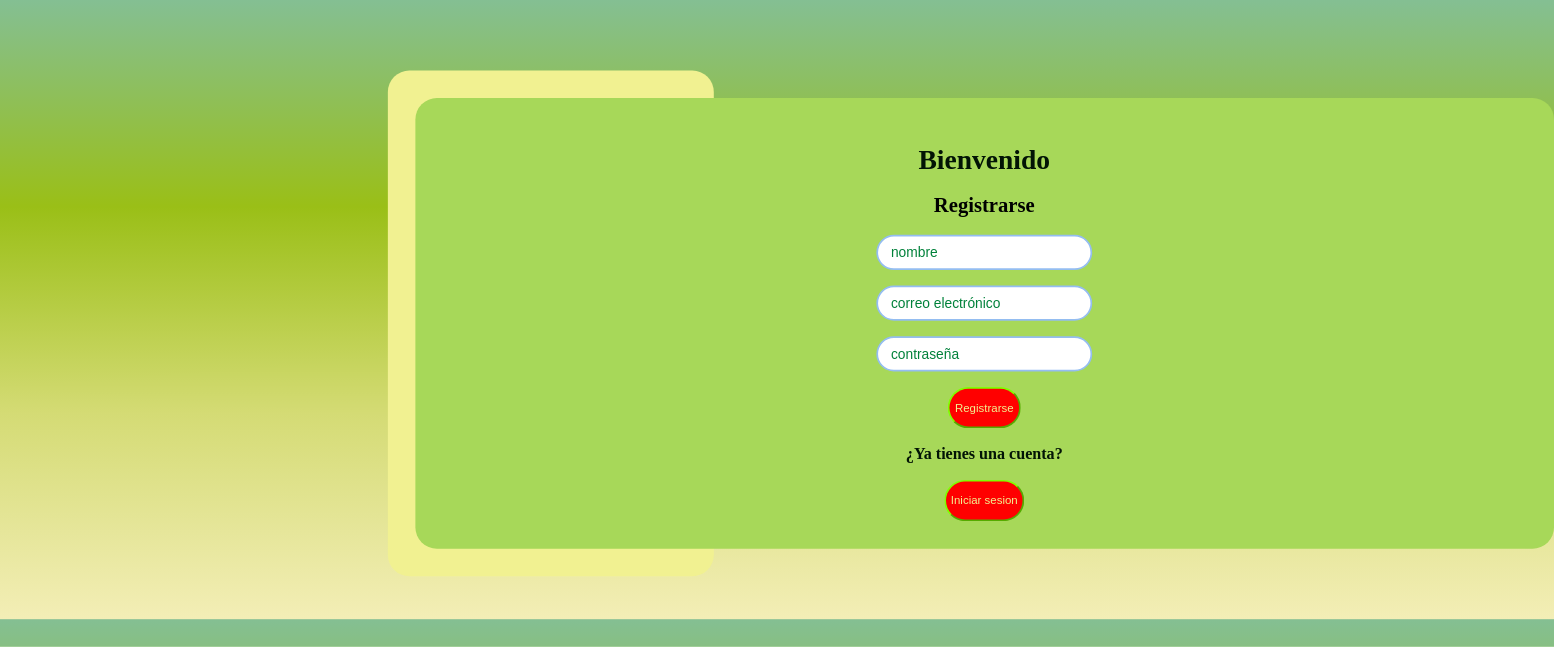
Repository: carrascokarencb37-afk/Nuura
Page: html/registrarse.html
An editor plug-in stored every save of this project. The page is shown before and after the next save, followed by the edit.
The browser window is 1280 px wide. The page is 1807 px wide, then 1280 px, so the pictures cover 1807 px, including what lies to the right of the window. The pictures show the whole page, at 86% of full size.
Some icons come from a web library that is not loaded, so they are not drawn. Backgrounds fixed to the window are drawn as part of the page.

Above is the page before, as saved 2026-05-28 22:49:22.

After the next save:
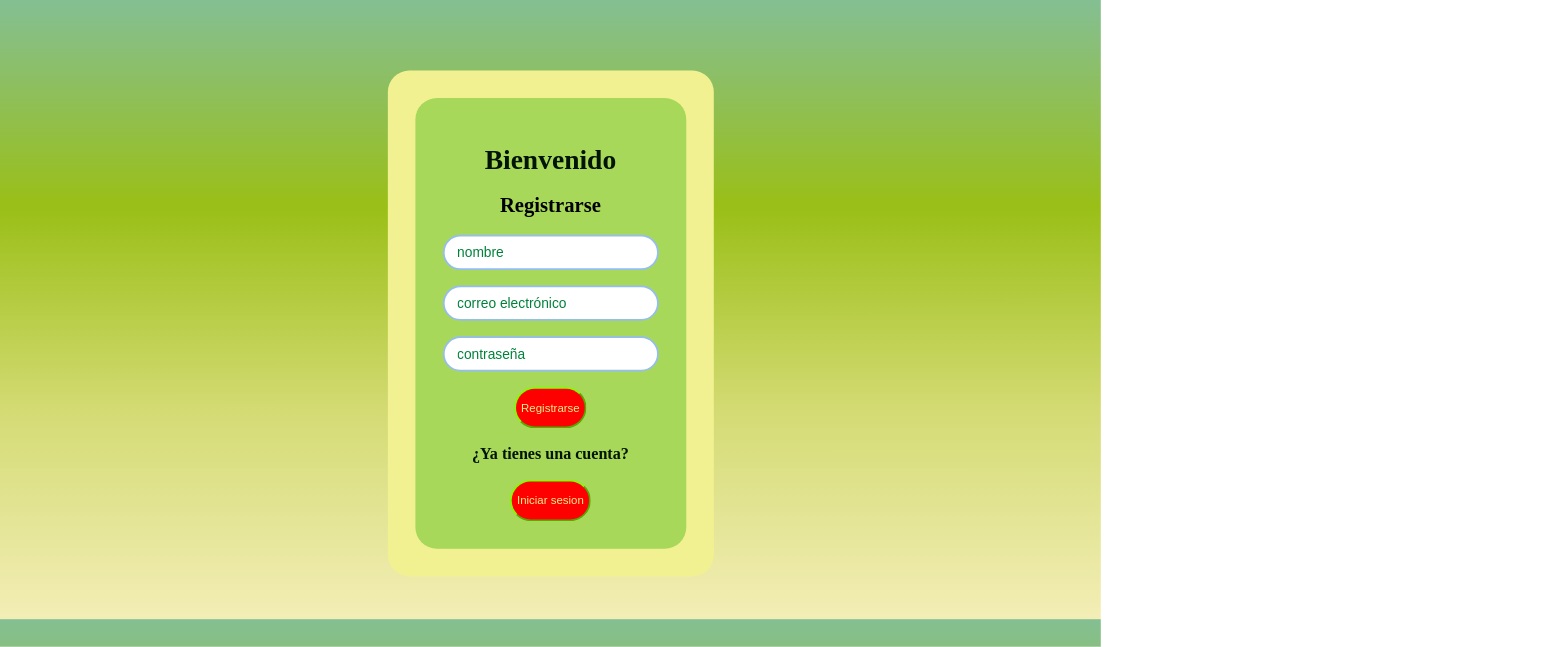
Saved 10 s later.
--- a/css/style.css
+++ b/css/style.css
@@ -38,7 +38,6 @@ body {
     background-color: #a7d859;
     padding: 2rem;
     min-width: 70%;
-    width: 400%;
 }
 .cont h1{
     color: rgb(2, 20, 5);
